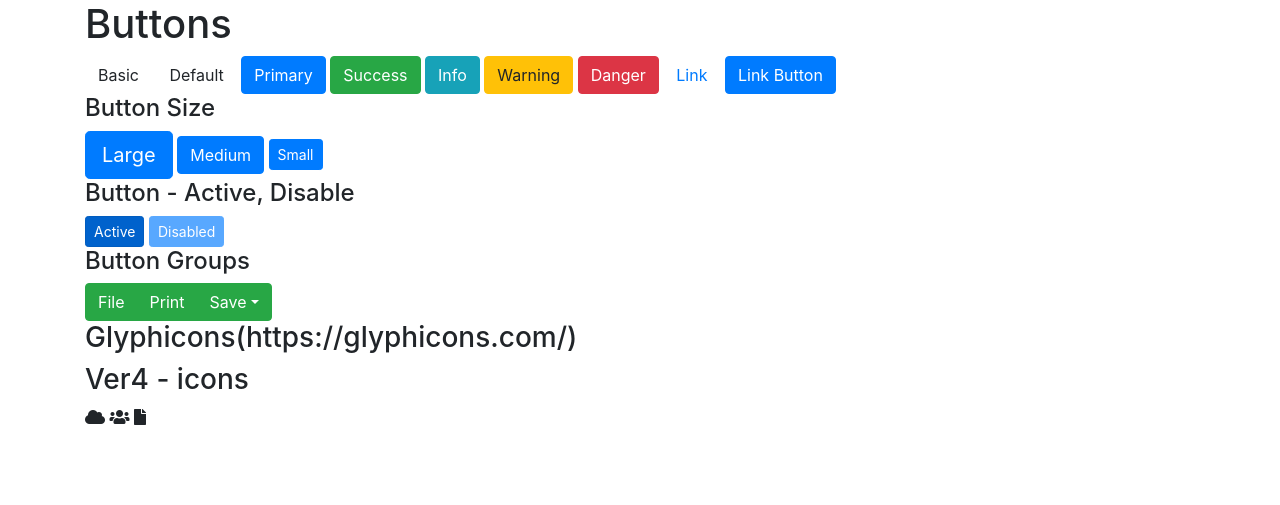
Repository: Junhee1412/front_end_practice
Page: jquery, bootstrap/js05_bootstrap/public/js04_buttons.html
An editor plug-in stored every save of this project. The page is shown before and after the next save, followed by the edit.
The browser window is 1280 px wide. The pictures show the whole page.

Above is the page before, as saved 2022-11-16 02:00:06.

### jquery, bootstrap/js05_bootstrap/public/js04_buttons.html
<!DOCTYPE html>
<html>
<head>
   <meta charset="UTF-8">
   <meta name="viewport" content="width=device-width, initial-scale=1, minimum-scale=1, maximum-scale=1">
     <link rel="stylesheet" href="https://maxcdn.bootstrapcdn.com/bootstrap/4.5.2/css/bootstrap.min.css">
   <style>
   </style>
     <script src="https://code.jquery.com/jquery-3.6.0.min.js"></script>
     <script src="https://maxcdn.bootstrapcdn.com/bootstrap/4.5.2/js/bootstrap.min.js"></script>
     <link rel="stylesheet" href="https://use.fontawesome.com/releases/v5.7.0/css/all.css"
     integrity="sha384-lZN37f5QGtY3VHgisS14W3ExzMWZxybE1SJSEsQp9S+oqd12jhcu+A56Ebc1zFSJ" crossorigin="anonymous">
	<script>

	</script>
</head>
<body>
	<div class="container">
		<h1>Buttons</h1>
		<button type="button" class="btn">Basic</button>
		<button type="button" class="btn btn-default">Default</button>
		<button type="button" class="btn btn-primary">Primary</button>
		<button type="button" class="btn btn-success">Success</button>
		<button type="button" class="btn btn-info">Info</button>
		<button type="button" class="btn btn-warning">Warning</button>
		<button type="button" class="btn btn-danger">Danger</button>
		<button type="button" class="btn btn-link">Link</button>
		<a href="#" class="btn btn-primary">Link Button</a>
		<br />
		<h4>Button Size</h4>
		<button type="button" class="btn btn-primary btn-lg">Large</button>
		<button type="button" class="btn btn-primary btn-md">Medium</button>
		<button type="button" class="btn btn-primary btn-sm">Small</button>
		<br />
		<h4>Button - Active, Disable</h4>
		<button type="button" class="btn btn-primary btn-sm active" >Active</button>
		<button type="button" class="btn btn-primary btn-sm" disabled>Disabled</button>
		<br />
		<h4>Button Groups</h4>
		<div class="btn-group">
		<button type="button" class="btn btn-success" >File</button>
		<button type="button" class="btn btn-success" >Print</button>
			<div class="btn-group">
				<button type="button" class="btn btn-success dropdown-toggle" data-toggle="dropdown">Save</button>
					<div class="dropdown-menu">
						<a href="#" class="dropdown-item">Save As</a>
						<a href="#" class="dropdown-item">Save All</a>
					</div>
			</div>
		</div>
		<br/>
		<h3>Glyphicons(https://glyphicons.com/)</h3>
		<h3>Ver4 - icons</h3>
		<i class="fas fa-cloud"></i>
		<i class="fas fa-users"></i>
		<i class="fas fa-file"></i>
	</div>
</body>
</html>

After the next save:
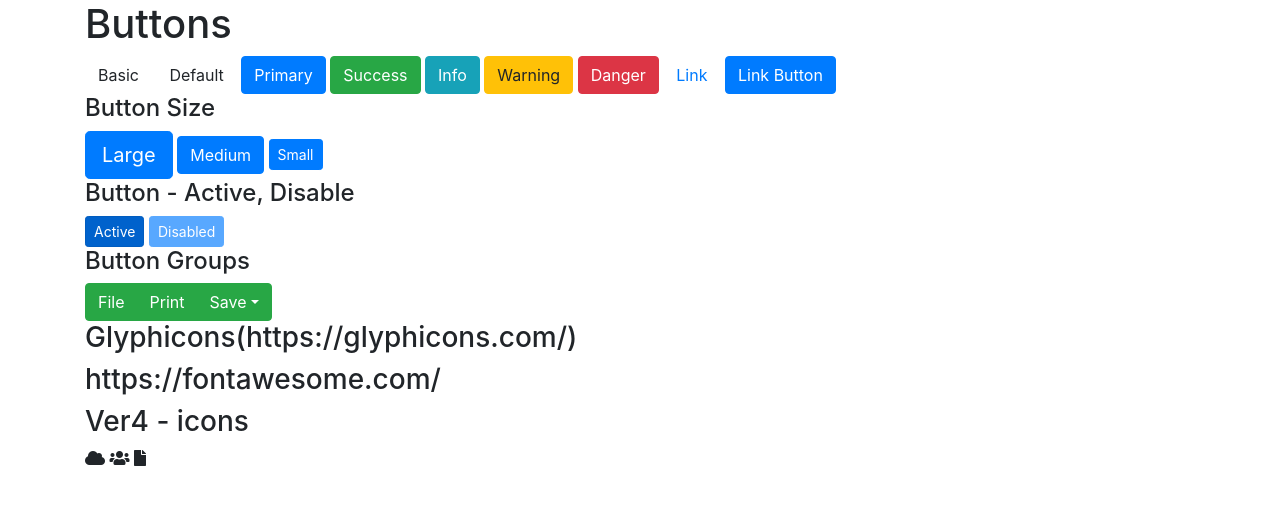
Saved 63 s later.
--- a/jquery, bootstrap/js05_bootstrap/public/js04_buttons.html
+++ b/jquery, bootstrap/js05_bootstrap/public/js04_buttons.html
@@ -50,6 +50,7 @@
 		</div>
 		<br/>
 		<h3>Glyphicons(https://glyphicons.com/)</h3>
+		<h3>https://fontawesome.com/</h3>
 		<h3>Ver4 - icons</h3>
 		<i class="fas fa-cloud"></i>
 		<i class="fas fa-users"></i>
